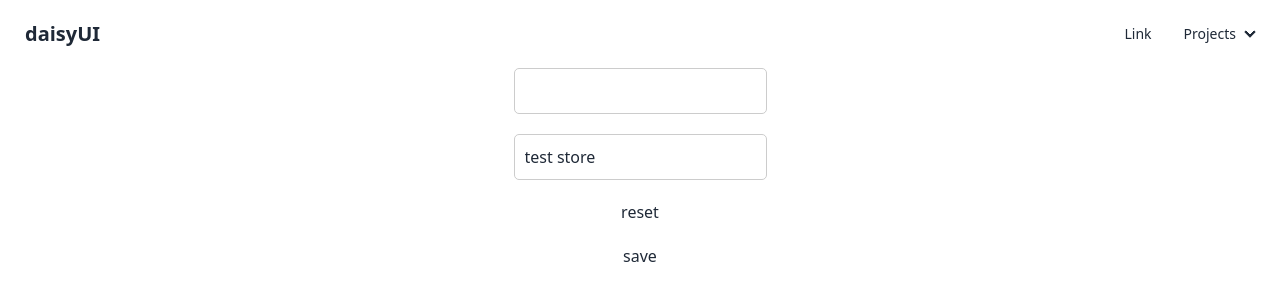
Repository: sibi24sibi/Crud-app-svelte
Page: /
These files come from the project's save history. The page is drawn as it stood at one moment and after the next save; the edit follows.
The browser window is 1280 px wide. The pictures show the whole page.
The project was rebuilt for these pictures with package versions that can differ from the ones it lists, and the page was loaded fresh each time. Also part of the build but not shown: svelte.config.js, vite.config.js, src/lib/Counter.svelte.

Above is the page before, as saved 2024-06-30 12:14:34.

After the next save:
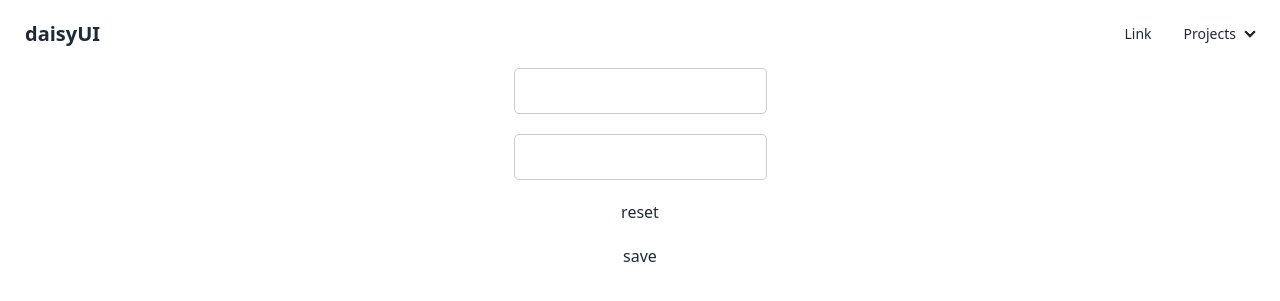
Saved 2 min 17 s later.
--- a/src/Components/InputData.svelte
+++ b/src/Components/InputData.svelte
@@ -2,7 +2,7 @@
   import Input from "./Input.svelte";
   import { writable } from "svelte/store";
   let letValue = "";
-  const storeValue = writable("test store");
+  const storeValue = writable("");
   const reset = () => {
     letValue = "";
     $storeValue = "";
